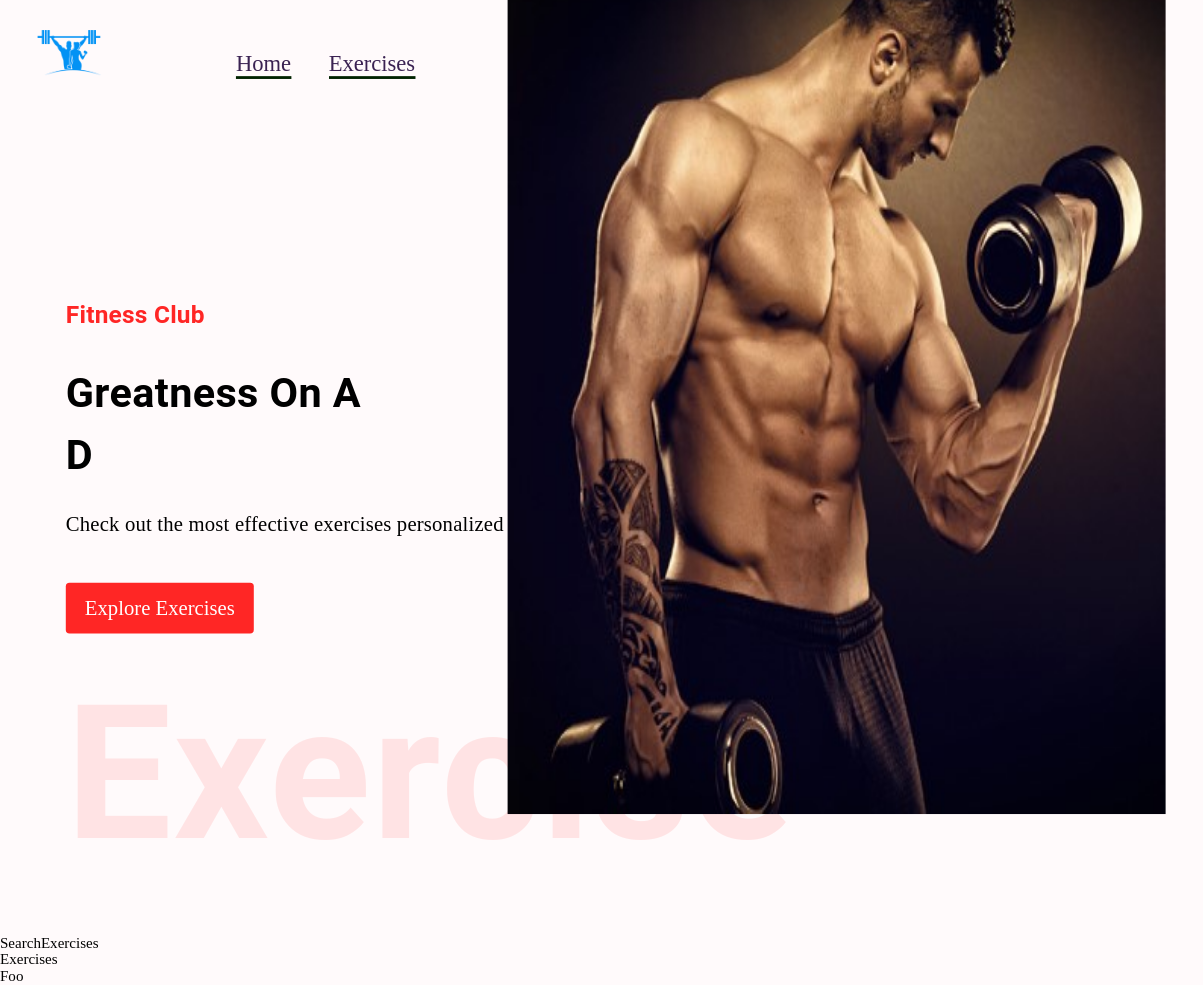
Repository: MhlengiNgubane/Workout-App
Page: /
An editor plug-in stored every save of this project. The page is shown before and after the next save, followed by the edit.
The browser window is 1280 px wide. The pictures show the whole page, at 94% of full size.
The project was rebuilt for these pictures with package versions that can differ from the ones it lists, and the page was loaded fresh each time. Also part of the build but not shown: src/pages/ExerciseDetail.js.

Above is the page before, as saved 2022-07-31 19:57:33.

### public/index.html
<!DOCTYPE html>
<html lang="en">
  <head>
    <meta charset="utf-8" />
    <link rel="icon" href="%PUBLIC_URL%/favicon.ico" />
    <meta name="viewport" content="width=device-width, initial-scale=1" />
    <meta name="theme-color" content="#000000" />
    <meta
      name="description"
      content="Web site created using create-react-app"
    />
    <link rel="apple-touch-icon" href="%PUBLIC_URL%/logo192.png" />
    <!--
      manifest.json provides metadata used when your web app is installed on a
      user's mobile device or desktop. See https://developers.google.com/web/fundamentals/web-app-manifest/
    -->
    <link rel="manifest" href="%PUBLIC_URL%/manifest.json" />
    <!--
      Notice the use of %PUBLIC_URL% in the tags above.
      It will be replaced with the URL of the `public` folder during the build.
      Only files inside the `public` folder can be referenced from the HTML.

      Unlike "/favicon.ico" or "favicon.ico", "%PUBLIC_URL%/favicon.ico" will
      work correctly both with client-side routing and a non-root public URL.
      Learn how to configure a non-root public URL by running `npm run build`.
    -->
    <title>MSN GYM</title>
  </head>
  <body>
    <noscript>You need to enable JavaScript to run this app.</noscript>
    <div id="root"></div>
    <!--
      This HTML file is a template.
      If you open it directly in the browser, you will see an empty page.

      You can add webfonts, meta tags, or analytics to this file.
      The build step will place the bundled scripts into the <body> tag.

      To begin the development, run `npm start` or `yarn start`.
      To create a production bundle, use `npm run build` or `yarn build`.
    -->
  </body>
</html>

### src/index.js
import React from 'react';
import ReactDOM from 'react-dom';
import App from './App';
import { BrowserRouter } from 'react-router-dom';

const root = ReactDOM.createRoot(document.getElementById('root'));

root.render(
    <React.StrictMode>
      <BrowserRouter>
        <App />
      </BrowserRouter>
    </React.StrictMode>,
  );

### src/components/Navbar.js
import React from 'react';
import { Link } from 'react-router-dom';
import { Stack } from '@mui/material';
import Logo from '../assets/images/Logo.png';

const Navbar = () => (
    <Stack direction="row" justifyContent="space-around" sx={{ gap: { sm: '123px', xs: '40px' }, mt: { sm: '32px', xs: '20px' }, justifyContent: 'none' }} px="20px">
        <Link to="/">
            <img src={Logo} alt="logo" style={{ width: '68px', height: '48px', margin: '0px 20px' }} />
        </Link>
        <Stack
            direction="row"
            gap="40px"
            fontFamily="Alegreya"
            fontSize="24px"
            alignItems="flex-end"
        >
            <Link to="/" style={{ textDecoration: 'none', color: '#3A2252', borderBottom: '3px solid #002300' }}>Home</Link>
            <a href="exercises" style={{ textDecoration: 'none', color: '#3A2252', borderBottom: '3px solid #002300' }}>Exercises</a>
        </Stack>
  </Stack>
);

export default Navbar;

### src/components/Footer.js
import React from 'react';

const Footer = () => {
    return (
        <div>Foo</div>
    )
};

export default Footer;

### src/components/Exercises.js
import React from 'react';

const Exercises = () => {
    return (
        <div>Exercises</div>
    )
};

export default Exercises;

### src/components/SearchExercises.js
import React from 'react';

const SearchExercises = () => {
    return (
        <div>SearchExercises</div>
    )
};

export default SearchExercises;

### src/components/HeroBanner.js
import React from 'react';
import { Box, Stack, Typography } from '@mui/material';

import HeroBannerImage from '../assets/images/banner.png';

const HeroBanner = () => (
  <Box sx={{ mt: { lg: '212px', xs: '70px' }, ml: { sm: '50px' } }} position="relative" p="20px">
    <Typography color="#FF2625" fontWeight="600" fontSize="26px">Fitness Club</Typography>
    <Typography fontWeight={700} sx={{ fontSize: { lg: '44px', xs: '40px' } }} mb="23px" mt="30px">
      Greatness On A <br />
      D
    </Typography>
    <Typography fontSize="22px" fontFamily="Alegreya" lineHeight="35px">
      Check out the most effective exercises personalized to you
    </Typography>
    <Stack>
      <a href="#exercises" style={{ marginTop: '45px', textDecoration: 'none', width: '200px', textAlign: 'center', background: '#FF2625', padding: '14px', fontSize: '22px', textTransform: 'none', color: 'white', borderRadius: '4px' }}>Explore Exercises</a>
    </Stack>
    <Typography fontWeight={600} color="#FF2625" sx={{ opacity: '0.1', display: { lg: 'block', xs: 'none' }, fontSize: '200px' }}>
      Exercise
    </Typography>
    <img src={HeroBannerImage} alt="hero-banner" className="hero-banner-img" />
  </Box>
);

export default HeroBanner;

Loaded but not shown: src/App.js (common file); src/App.css (common file); src/pages/Home.js (common file)

After the next save:
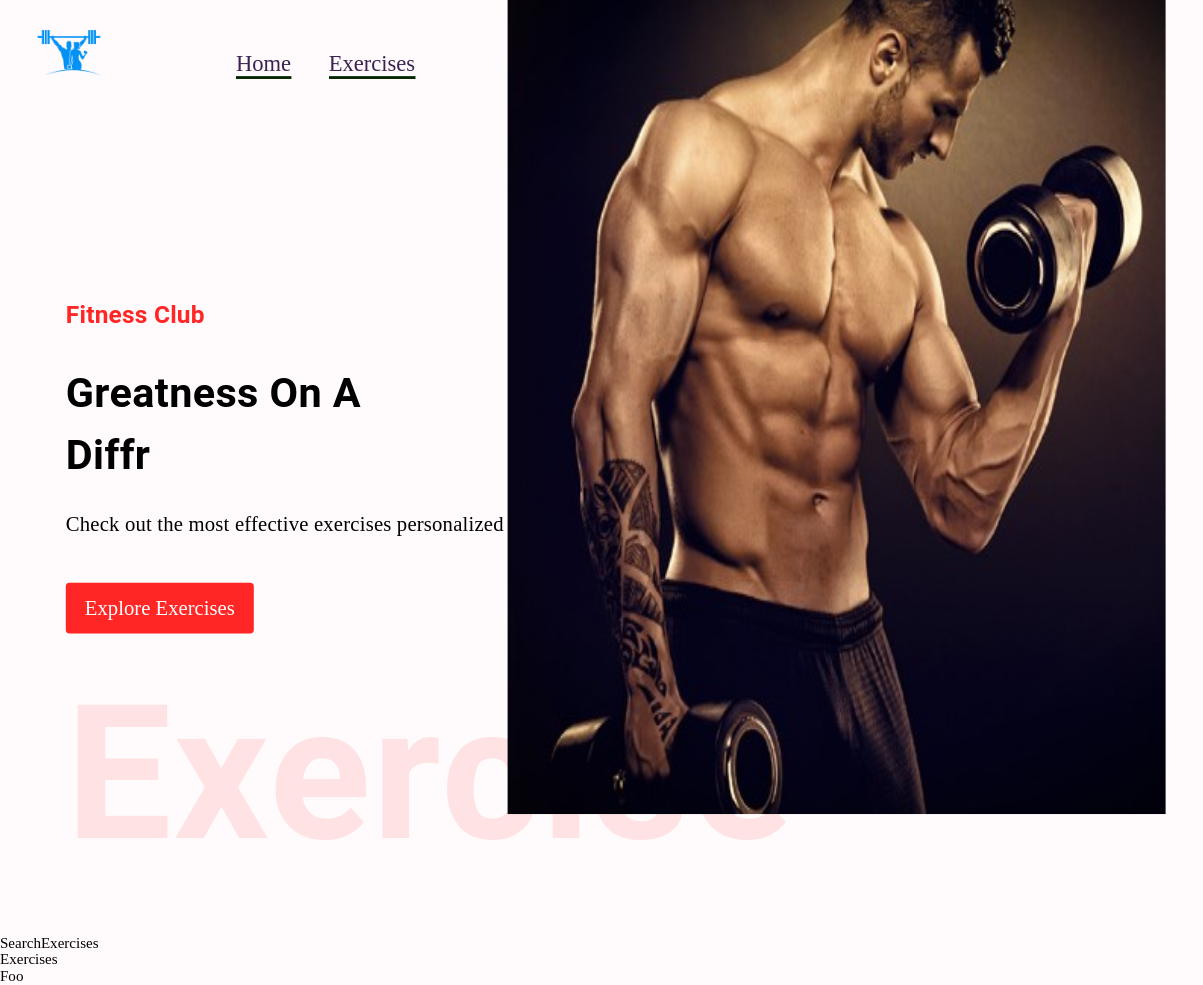
Saved 4 s later.
--- a/src/components/HeroBanner.js
+++ b/src/components/HeroBanner.js
@@ -8,7 +8,7 @@ const HeroBanner = () => (
     <Typography color="#FF2625" fontWeight="600" fontSize="26px">Fitness Club</Typography>
     <Typography fontWeight={700} sx={{ fontSize: { lg: '44px', xs: '40px' } }} mb="23px" mt="30px">
       Greatness On A <br />
-      D
+      Diffr
     </Typography>
     <Typography fontSize="22px" fontFamily="Alegreya" lineHeight="35px">
       Check out the most effective exercises personalized to you
